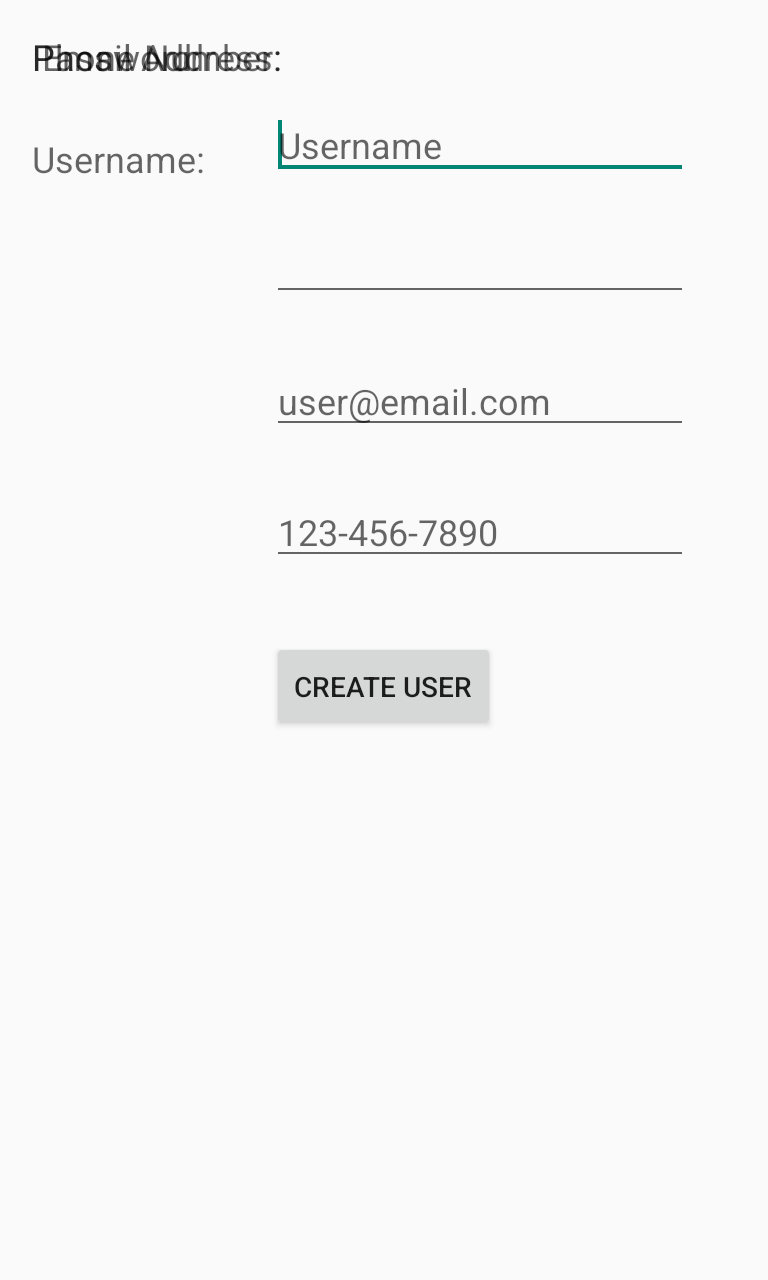
Repository: Sagarsaurus/Ecco
Layout: Ecco/res/layout/activity_create_user.xml
These files come from the project's save history. The layout is drawn as it stood at one moment and after the next save; the edit follows.
It is drawn on a 768 x 1280 px phone screen (xhdpi) without system bars, with theme AppTheme; the app's code is not run.

Above is the layout before, as saved 2014-11-16 20:47:11.

After the next save:
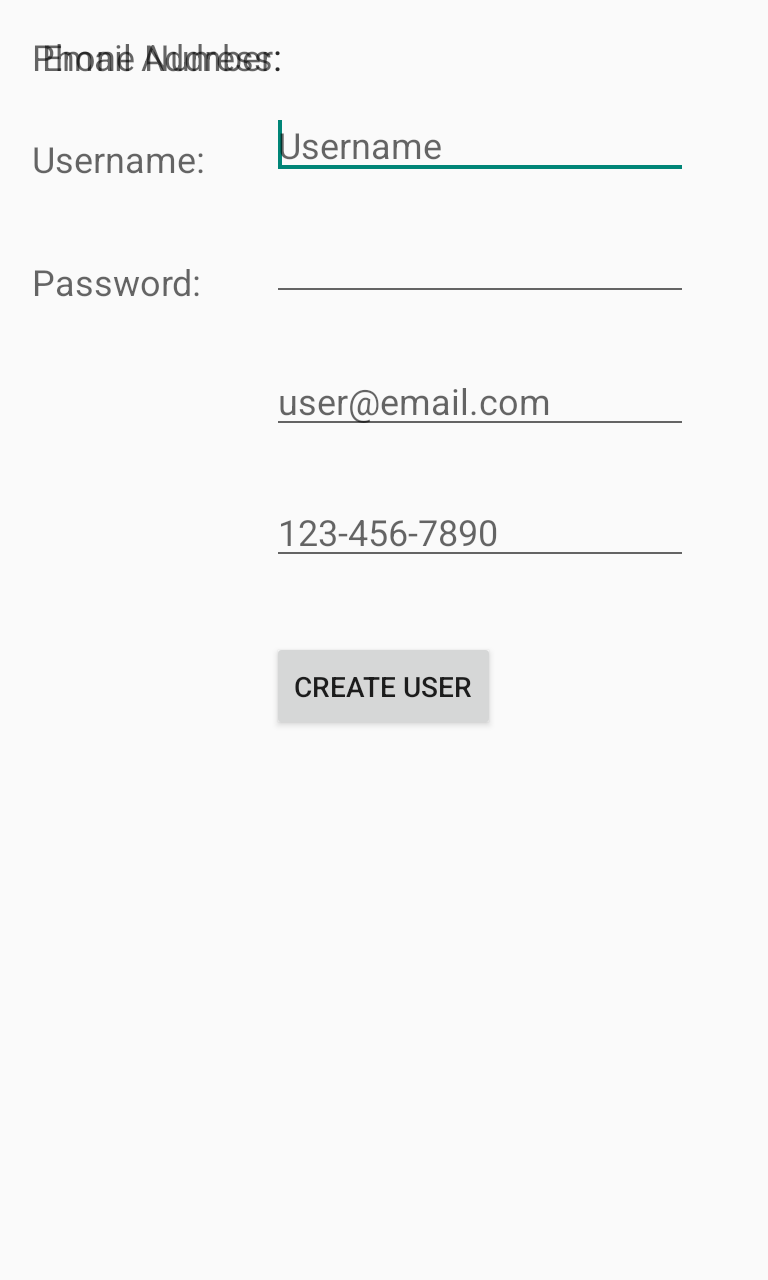
Saved 9 s later.
--- a/Ecco/res/layout/activity_create_user.xml
+++ b/Ecco/res/layout/activity_create_user.xml
@@ -76,7 +76,7 @@
         android:id="@+id/TextView01"
         android:layout_width="wrap_content"
         android:layout_height="wrap_content"
-        android:layout_alignBottom="@+id/editText2"
+        android:layout_alignBottom="@+id/password"
         android:layout_alignLeft="@+id/textView1"
         android:text="Password:"
         android:textAppearance="?android:attr/textAppearanceMedium" />
